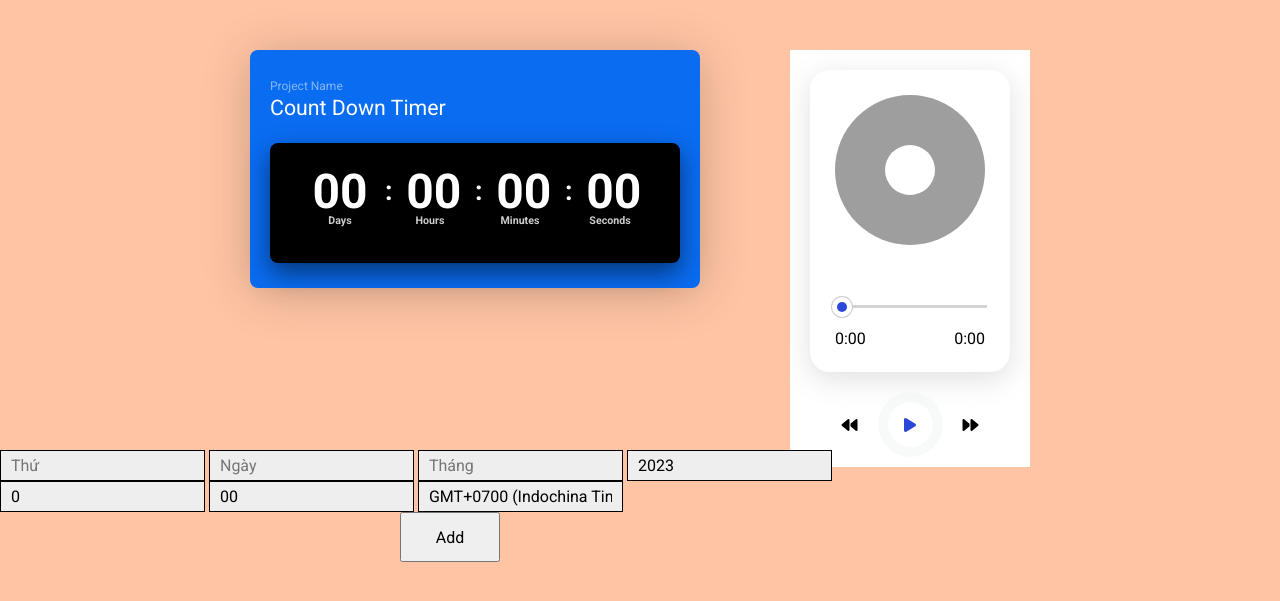
Repository: thuanpham00/CountDownTimer
Page: index.html
The author's editor kept a copy of each file at every save. The page is drawn from the files as they stood at one save, then again after a run of saves.
The browser window is 1280 px wide. The pictures show the whole page.
Pictures or frames that could not be fetched are drawn as grey boxes. Some web libraries are served in a nearby version. The style sheet was rebuilt from its Sass, Less or Tailwind sources for each picture, by a compiler version that may differ from the author's.

Above is the page before, as saved 2023-09-27 15:34:04.

### index.html
<!DOCTYPE html>
<html lang="en">
    <head>
        <meta charset="UTF-8" />
        <meta name="viewport" content="width=device-width, initial-scale=1.0" />
        <title>Count Down</title>
        <link rel="preconnect" href="https://fonts.googleapis.com" />
        <link rel="preconnect" href="https://fonts.gstatic.com" crossorigin />
        <link
            href="https://fonts.googleapis.com/css2?family=Roboto:wght@300;400;500;700;900&display=swap"
            rel="stylesheet"
        />
        <script src="https://kit.fontawesome.com/3115b3f4f1.js"></script>
        <link rel="stylesheet" href="./assets/css/main.css" />
    </head>
    <body>
        <div class="timer">
            <div class="timer-wrapper">
                <div>
                    <label class="timer-title">Project Name</label>
                    <label class="timer-name">Count Down Timer</label>
                </div>
                <div class="counter">
                    <div class="days">
                        <div class="value" id="days">00</div>
                        <span>Days</span>
                    </div>

                    <div class="hours">
                        <div class="value" id="hours">00</div>
                        <span>Hours</span>
                    </div>

                    <div class="minutes">
                        <div class="value" id="minutes">00</div>
                        <span>Minutes</span>
                    </div>

                    <div class="seconds">
                        <div class="value" id="seconds">00</div>
                        <span>Seconds</span>
                    </div>
                </div>
            </div>
            <div class="player">
                <div class="player-box">
                    <div class="player-media">
                        <img
                            src="https://cdn.dribbble.com/users/3960463/screenshots/14630140/media/c79331860d7ca1b97430a4888617f428.png?compress=1&resize=800x600"
                            alt=""
                            class="player-image"
                        />
                    </div>
                    <div class="progress">
                        <input
                            type="range"
                            id="progress-bar"
                            min="0"
                            max=""
                            value="0"
                            class="bar"
                        />
                        <audio src="./files/holo.mp3" id="song"></audio>
                    </div>
                    <div class="player-number">
                        <span class="player-remaining">0:00</span>
                        <span class="player-duration">0:00</span>
                    </div>
                </div>
                <div class="player-tool">
                    <i class="fa fa-backward player-prev"></i>
                    <i class="fa fa-play player-play"></i>
                    <i class="fa fa-forward player-next"></i>
                </div>
            </div>
        </div>
        <form class="form-timer">
            <input type="text" name="day" placeholder="Thứ" class="dayInput" />
            <input
                type="text"
                name="date"
                placeholder="Ngày"
                class="dateInput"
            />
            <input
                type="text"
                name="month"
                placeholder="Tháng"
                class="monthInput"
            />
            <input
                type="number"
                name="year"
                placeholder="Năm"
                value="2023"
                class="yearInput"
            />
            <input
                type="number"
                name="hour"
                placeholder="Giờ"
                class="hourInput"
                value="0"
            />
            <input
                type="number"
                name="minute"
                placeholder="Phút"
                class="minuteInput"
                value="00"
            />
            <input
                type="text"
                name="GMT"
                value="GMT+0700 (Indochina Time)"
                class="hourInput"
            />
            <button class="todo__submit" type="submit">Add</button>
        </form>
        <script src="./assets/js/main.js"></script>
    </body>
</html>

### assets/js/main.js
window.addEventListener("load", function () {
    const daysText = document.querySelector("#days");
    const hoursText = document.querySelector("#hours");
    const minutesText = document.querySelector("#minutes");
    const secondsText = document.querySelector("#seconds");

    function setTimer(
        dayInput,
        monthInput,
        dateInput,
        yearInput,
        hourInput,
        minuteInput,
        gmtInput
    ) {
        let currentTime = new Date().getTime();
        const endTime = new Date(
            yearInput,
            getMonthIndex(monthInput),
            dateInput,
            hourInput,
            minuteInput
        ).getTime();

        if (isNaN(endTime) || endTime - currentTime <= 0) return;
        setInterval(changeTimer, 500);
        changeTimer();

        function changeTimer() {
            let days, hours, minutes, seconds;
            const now = new Date();
            let startTime = now.getTime();
            let countDown = parseInt((endTime - startTime) / 1000);
            if (countDown > 0) {
                days = parseInt(countDown / 86400);
                countDown = countDown % 86400;
                hours = parseInt(countDown / 3600);
                countDown = countDown % 3600;
                minutes = parseInt(countDown / 60);
                countDown = countDown % 60;
                seconds = parseInt(countDown);

                daysText.textContent = `${days}`.slice(-2);
                hoursText.textContent = `${hours}`.slice(-2);
                minutesText.textContent = `${minutes}`.slice(-2);
                secondsText.textContent = `${seconds}`.slice(-2);
            }
        }

        function getMonthIndex(monthName) {
            const months = [
                "Jan",
                "Feb",
                "Mar",
                "Apr",
                "May",
                "Jun",
                "Jul",
                "Aug",
                "Sep",
                "Oct",
                "Nov",
                "Dec",
            ];
            return months.indexOf(monthName);
        }
    }

    const formTimer = document.querySelector(".form-timer");
    formTimer.addEventListener("submit", function (e) {
        e.preventDefault();
        const dayInput = this.elements["day"].value;
        const monthInput = this.elements["month"].value;
        const dateInput = parseInt(this.elements["date"].value);
        const yearInput = parseInt(this.elements["year"].value);
        const hourInput = parseInt(this.elements["hour"].value);
        const minuteInput = parseInt(this.elements["minute"].value);
        const gmtInput = this.elements["GMT"].value;
        setTimer(
            dayInput,
            monthInput,
            dateInput,
            yearInput,
            hourInput,
            minuteInput,
            gmtInput
        );
    });
});

### scss/main.scss
html,
body,
div,
span,
applet,
object,
iframe,
h1,
h2,
h3,
h4,
h5,
h6,
p,
blockquote,
pre,
a,
abbr,
acronym,
address,
big,
cite,
code,
del,
dfn,
em,
img,
ins,
kbd,
q,
s,
samp,
small,
strike,
strong,
sub,
sup,
tt,
var,
b,
u,
i,
center,
dl,
dt,
dd,
ol,
ul,
li,
fieldset,
form,
label,
legend,
table,
caption,
tbody,
tfoot,
thead,
tr,
th,
td,
article,
aside,
canvas,
details,
embed,
figure,
figcaption,
footer,
header,
hgroup,
menu,
nav,
output,
ruby,
section,
summary,
time,
mark,
audio,
video {
    margin: 0;
    padding: 0;
    border: 0;
    font-size: 100%;
    font: inherit;
    vertical-align: baseline;
}
/* HTML5 display-role reset for older browsers */
article,
aside,
details,
figcaption,
figure,
footer,
header,
hgroup,
menu,
nav,
section {
    display: block;
}
body {
    line-height: 1;
}
ol,
ul {
    list-style: none;
}
blockquote,
q {
    quotes: none;
}
blockquote:before,
blockquote:after,
q:before,
q:after {
    content: "";
    content: none;
}
table {
    border-collapse: collapse;
    border-spacing: 0;
}

*,
::after,
::before {
    box-sizing: border-box;
}

html {
    font-size: 62.5%;
}

body {
    font-size: 1.6rem;
    font-family: "Poppins", sans-serif;
}

input,
select,
textarea,
button {
    font-size: inherit;
    font-family: inherit;
}

$continer-color: #0a6cf1;
$continer-padding: 30px 20px 10px 20px;
body {
    font-family: "Roboto", sans-serif;
    background: #ffc4a4;
    user-select: none;
}

.timer {
    position: relative;
    min-height: 400px;

    &-wrapper {
        position: absolute;
        left: 250px;
        top: 50px;
        background-color: $continer-color;
        padding: $continer-padding;
        border-radius: 8px;
        color: #fff;
        min-width: 450px;
        box-shadow: 0 5px 50px rgba(0, 0, 0, 0.2);
    }

    label {
        display: block;
    }

    &-title {
        font-size: 9pt;
        opacity: 0.5;
    }

    &-name {
        font-size: 16pt;
        margin: 5px 0;
    }

    .counter {
        padding: 25px;
        margin: 25px 0 15px 0;
        background-color: #000;
        font-weight: 700;
        border-radius: 8px;
        box-shadow: 0 10px 25px rgba(0, 0, 0, 0.5);
        min-height: 120px;

        div {
            display: inline-block;
        }
        .days,
        .hours,
        .minutes,
        .seconds {
            width: 25%;
            float: left;
            text-align: center;
            .value {
                display: block;
                font-size: 36pt;
                width: 100%;
                display: block;
            }
            span {
                font-size: 8pt;
                opacity: 0.8;
                width: 100%;
                display: block;
            }
        }
        .hours::before,
        .minutes::before,
        .seconds::before {
            content: ":";
            float: left;
            font-size: 20pt;
            position: relative;
            margin-top: 10px;
            opacity: 0.7;
            animation: pink 1s ease-in-out infinite;
        }
    }

    .player {
        position: absolute;
        right: 250px;
        top: 50px;
        background-color: white;
        padding: 20px;
    }

    .player-box {
        box-shadow: rgba(100, 100, 111, 0.2) 0px 7px 29px 0px;
        padding: 25px;
        display: flex;
        align-items: center;
        justify-content: center;
        flex-direction: column;
        text-align: center;
        border-radius: 20px;
        max-width: 500px;
        margin: 0 auto 30px;
    }

    .player-media {
        position: relative;
        width: 150px;
        height: 150px;
        border-radius: 100rem;
        margin-bottom: 25px;
    }
    .player-media:before {
        content: "";
        width: 50px;
        height: 50px;
        background-color: white;
        border-radius: 100px;
        position: absolute;
        top: 50%;
        left: 50%;
        transform: translate(-50%, -50%);
        z-index: 10;
    }

    .player-image {
        width: 100%;
        height: 100%;
        object-fit: cover;
        border-radius: inherit;
    }

    .player-image.is-playing {
        animation: rotate 10s forwards infinite linear;
    }

    @keyframes rotate {
        to {
            transform: rotate(360deg);
        }
    }

    .progress {
        margin-bottom: 20px;
        margin-top: 25px;
    }

    .player-number {
        display: flex;
        justify-content: space-between;
        align-items: center;
        width: 100%;
    }

    .player-tool {
        display: flex;
        justify-content: center;
        align-items: center;
    }

    .player-play {
        color: #2b48d9;
        width: 45px;
        height: 45px;
        border-radius: 100rem;
        display: flex;
        justify-content: center;
        align-items: center;
        cursor: pointer;
        background-color: white;
        box-shadow: 0 0 0 10px rgba(242, 243, 244, 0.5);
        font-size: 16px;
        margin: 0 30px;
    }

    .player-next,
    .player-prev {
        cursor: pointer;
        font-size: 16px;
    }

    .progress {
        width: 100%;
        position: relative;
    }

    .bar {
        -webkit-appearance: none;
        width: 100%;
        height: 3px;
        background: #d3d3d3;
        outline: none;
        -webkit-transition: 0.2s;
        transition: opacity 0.2s;
    }

    .bar::-webkit-slider-thumb {
        -webkit-appearance: none;
        appearance: none;
        width: 10px;
        height: 10px;
        border-radius: 100rem;
        background-color: #2b48d9;
        box-shadow: 0 0 0 5px white, 0 0 0 6px #ccc;
    }

    /* .bar::-webkit-slider-thumb chọn phần tử con của phần tử có lớp bar mà là "thumb" của thanh trượt (slider)
     dành cho trình duyệt WebKit (chẳng hạn như Safari hoặc Chrome).

    .bar::-moz-range-thumb chọn phần tử con của phần tử có lớp bar mà là "thumb" của
    thanh trượt (slider) dành cho trình duyệt Firefox (Mozilla).
    */

    .bar::-moz-range-thumb {
        cursor: pointer;
        width: 10px;
        height: 10px;
        border-radius: 100rem;
        background-color: #2b48d9;
        box-shadow: 0 0 0 5px white, 0 0 0 6px #ccc;
    }
}

@keyframes pink {
    0% {
        opacity: 1;
    }
    50% {
        opacity: 0.5;
    }
    100% {
        opacity: 1;
    }
}

.form-timer {
    position: absolute;
    left: 0;
    margin: 50px auto 0;
    max-width: 900px;

    input {
        padding: 5px 10px;
        outline: none;
        background: #eee;
        border: 1px solid #000;
    }

    button {
        width: 100px;
        height: 50px;
        display: block;
        margin: 0 auto;
    }
}

After the next 2 saves:
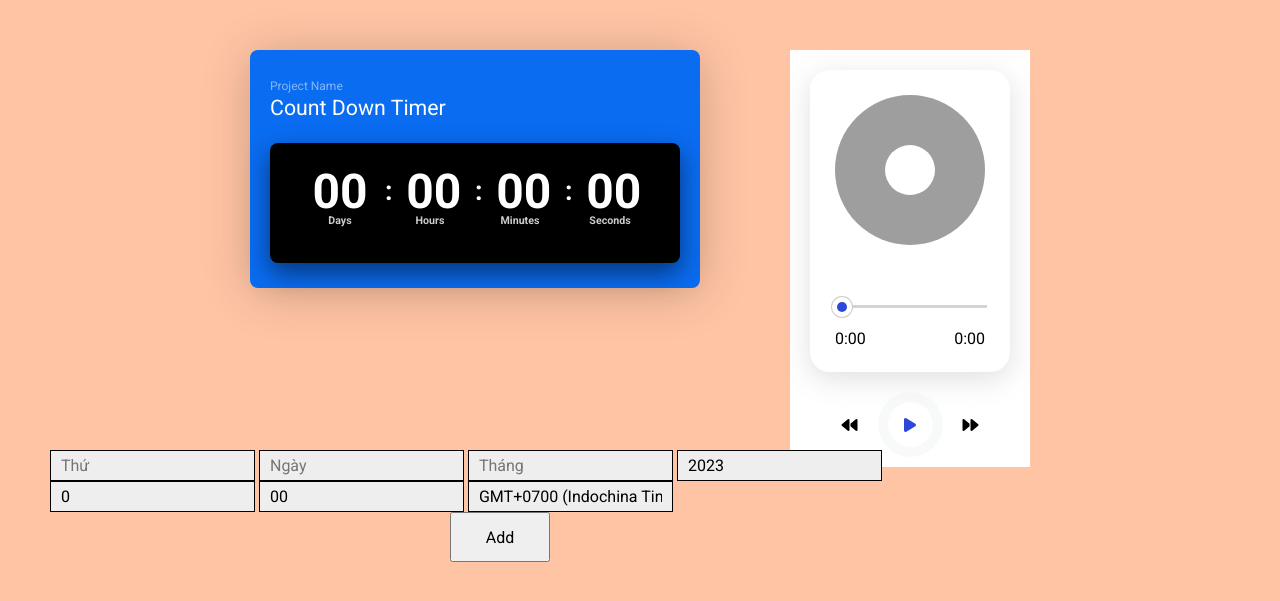
The 2 saves are shown as one change because they came seconds apart.
The last was saved 5 s later.
--- a/scss/main.scss
+++ b/scss/main.scss
@@ -382,7 +382,7 @@ body {
 
 .form-timer {
     position: absolute;
-    left: 0;
+    left: 50px;
     margin: 50px auto 0;
     max-width: 900px;
 
